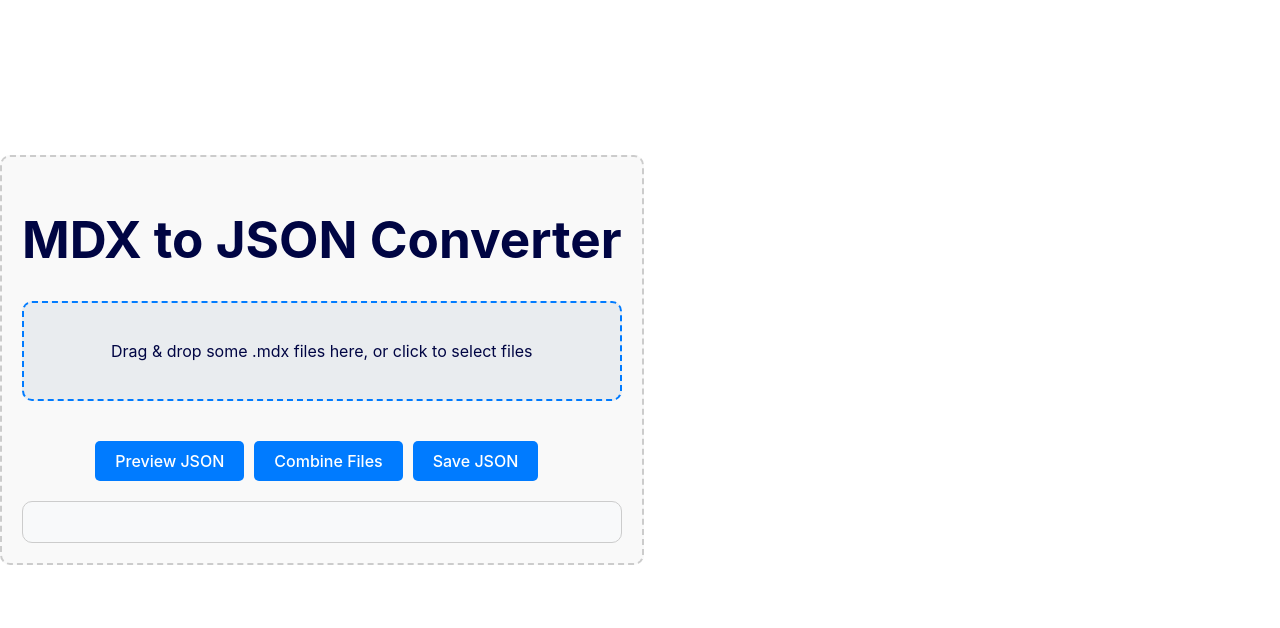
Repository: LayerDynamics/mdx-to-json
Page: /
The author's editor kept a copy of each file at every save. The page is drawn from the files as they stood at one save, then again after the next save.
The browser window is 1280 px wide. The pictures show the whole page.
The project was rebuilt for these pictures with package versions that can differ from the ones it lists, and the page was loaded fresh each time. Also part of the build but not shown: vite.config.ts.

Above is the page before, as saved 2024-08-20 08:08:14.

### src/App.tsx
// src/App.tsx
import React, { useState, useCallback } from 'react';
import { useDropzone } from 'react-dropzone';
import { parseMDX, createKnowledgeBaseEntry } from './utils/mdxUtils';
import { Container, UploadButton, DropzoneArea, PreviewContainer } from './styles';


interface KnowledgeBaseEntry {
    title: string;
    tags: string[];
    category: string;
    content: string;
    updatedAt: string;
}

const App: React.FC = () => {
    const [mdxFiles, setMdxFiles] = useState<File[]>([]);
    const [jsonEntries, setJsonEntries] = useState<KnowledgeBaseEntry[]>([]);
    const [combinedJson, setCombinedJson] = useState<KnowledgeBaseEntry | null>(null);

    const onDrop = useCallback((acceptedFiles: File[]) => {
        setMdxFiles([...mdxFiles, ...acceptedFiles]);
    }, [mdxFiles]);

    const { getRootProps, getInputProps } = useDropzone({ onDrop, accept: '.mdx' });

    const handlePreview = async () => {
        const entries: KnowledgeBaseEntry[] = [];

        for (const file of mdxFiles) {
            const content = await file.text();
            const parsed = await parseMDX(content);
            const entry = createKnowledgeBaseEntry(parsed.metadata, parsed.content);
            entries.push(entry);
        }

        setJsonEntries(entries);
    };

    const handleCombine = () => {
        const combined = jsonEntries.reduce(
            (acc, curr) => ({
                ...acc,
                title: acc.title + ' & ' + curr.title,
                tags: [...new Set([...acc.tags, ...curr.tags])],
                category: acc.category + ' & ' + curr.category,
                content: acc.content + '\n' + curr.content,
                updatedAt: new Date().toISOString(),
            }),
            { title: '', tags: [], category: '', content: '', updatedAt: '' }
        );

        setCombinedJson(combined);
    };

    const handleSave = () => {
        const blob = new Blob([JSON.stringify(combinedJson || jsonEntries, null, 2)], { type: 'application/json' });
        const url = URL.createObjectURL(blob);
        const link = document.createElement('a');
        link.href = url;
        link.download = 'knowledge_base.json';
        link.click();
        URL.revokeObjectURL(url);
    };

    return (
        <Container>
            <h1>MDX to JSON Converter</h1>
            <DropzoneArea {...getRootProps()}>
                <input {...getInputProps()} />
                <p>Drag & drop some .mdx files here, or click to select files</p>
            </DropzoneArea>
            <UploadButton onClick={handlePreview}>Preview JSON</UploadButton>
            <UploadButton onClick={handleCombine} disabled={jsonEntries.length < 2}>
                Combine Files
            </UploadButton>
            <UploadButton onClick={handleSave} disabled={jsonEntries.length === 0 && !combinedJson}>
                Save JSON
            </UploadButton>

            <PreviewContainer>
                {combinedJson
                    ? JSON.stringify(combinedJson, null, 2)
                    : jsonEntries.map((entry, index) => (
                          <div key={index}>
                              <h3>{entry.title}</h3>
                              <pre>{JSON.stringify(entry, null, 2)}</pre>
                              <hr />
                          </div>
                      ))}
            </PreviewContainer>
        </Container>
    );
};

export default App;

### src/utils/mdxUtils.ts
// src/utils/mdxUtils.ts
import { unified } from 'unified';
import rehypeParse from 'rehype-parse';
import rehypeRemark from 'rehype-remark';
import remarkParse from 'remark-parse';
import remarkStringify from 'remark-stringify';
import { compile } from '@mdx-js/mdx';
import matter from 'gray-matter';
import { Buffer } from 'buffer';

globalThis.Buffer = Buffer;

export async function parseMDX(mdxContent: string) {
    const { content, data } = matter(mdxContent);

    const jsx = await compile(content);
    return { content: String(jsx), metadata: data };
}

export function convertToPlainText(jsxContent: string) {
    return unified()
        .use(rehypeParse, { fragment: true })
        .use(rehypeRemark)
        .use(remarkParse)
        .use(remarkStringify)
        .processSync(jsxContent).toString();
}

export function createKnowledgeBaseEntry(metadata: any, content: string) {
    return {
        title: metadata.title || 'Untitled',
        tags: metadata.tags || [],
        category: metadata.category || 'General',
        content: convertToPlainText(content),
        updatedAt: metadata.date || new Date().toISOString(),
    };
}

### src/styles.ts
// src/styles.ts
import styled from 'styled-components';

export const Container = styled.div`
    max-width: 800px;
    margin: 0 auto;
    padding: 20px;
    text-align: center;
    border: 2px dashed #ccc;
    border-radius: 10px;
    background-color: #f9f9f9;
    color: #000543
`;

export const UploadButton = styled.button`
    padding: 10px 20px;
    margin-top: 20px;
    margin-right: 10px;
    background-color: #007bff;
    color: white;
    border: none;
    border-radius: 5px;
    cursor: pointer;

    &:hover {
        background-color: #0056b3;
    }
`;

export const DropzoneArea = styled.div`
    padding: 20px;
    border: 2px dashed #007bff;
    border-radius: 10px;
    background-color: #e9ecef;
    margin-bottom: 20px;
    cursor: pointer;

    &:hover {
        background-color: #dee2e6;
    }
`;

export const PreviewContainer = styled.div`
    margin-top: 20px;
    text-align: left;
    white-space: pre-wrap;
    background-color: #f8f9fa;
    padding: 20px;
    border-radius: 10px;
    border: 1px solid #ccc;
`;

### src/components/FileList.tsx
// src/components/FileList.tsx
import React from 'react';

interface FileListProps {
    files: File[];
    onDelete: (index: number) => void;
}

const FileList: React.FC<FileListProps> = ({ files, onDelete }) => {
    return (
        <div>
            <h3>Uploaded Files</h3>
            <ul>
                {files.map((file, index) => (
                    <li key={index}>
                        {file.name}
                        <button onClick={() => onDelete(index)}>Delete</button>
                    </li>
                ))}
            </ul>
        </div>
    );
};

export default FileList;

### src/components/FormatButton.tsx
// src/components/FormatButton.tsx
import React from 'react';

interface FormatButtonProps {
    jsonEntries: any;
    onFormat: (formattedEntries: any) => void;
}

const FormatButton: React.FC<FormatButtonProps> = ({ jsonEntries, onFormat }) => {
    const handleFormat = () => {
        const formatted = jsonEntries.map((entry: any) =>
            JSON.parse(JSON.stringify(entry, null, 2))
        );
        onFormat(formatted);
    };

    return (
        <button onClick={handleFormat} disabled={!jsonEntries.length}>
            Format/Lint JSON
        </button>
    );
};

export default FormatButton;

Loaded but not shown: index.html (common file); src/main.tsx (common file); src/index.css (common file)

After the next save:
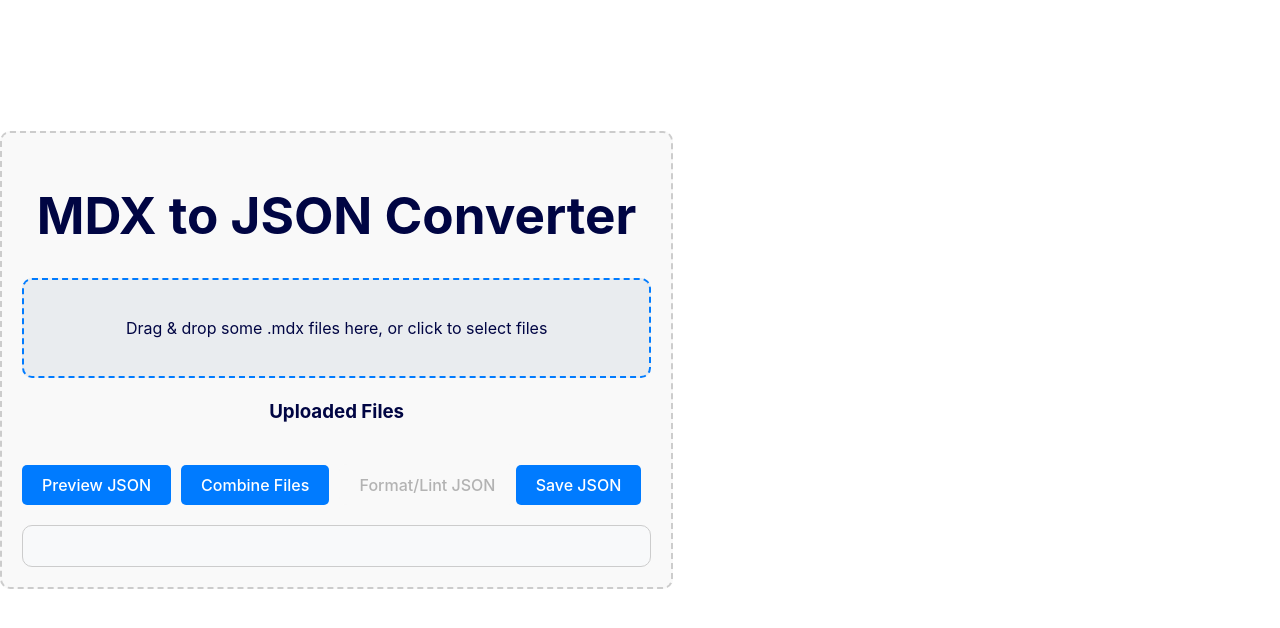
Saved 7 s later.
--- a/src/App.tsx
+++ b/src/App.tsx
@@ -3,7 +3,8 @@ import React, { useState, useCallback } from 'react';
 import { useDropzone } from 'react-dropzone';
 import { parseMDX, createKnowledgeBaseEntry } from './utils/mdxUtils';
 import { Container, UploadButton, DropzoneArea, PreviewContainer } from './styles';
-
+import FileList from './components/FileList';
+import FormatButton from './components/FormatButton';
 
 interface KnowledgeBaseEntry {
     title: string;
@@ -63,6 +64,16 @@ const App: React.FC = () => {
         URL.revokeObjectURL(url);
     };
 
+    const handleDeleteFile = (index: number) => {
+        const newFiles = [...mdxFiles];
+        newFiles.splice(index, 1);
+        setMdxFiles(newFiles);
+    };
+
+    const handleFormat = (formattedEntries: KnowledgeBaseEntry[]) => {
+        setJsonEntries(formattedEntries);
+    };
+
     return (
         <Container>
             <h1>MDX to JSON Converter</h1>
@@ -70,10 +81,14 @@ const App: React.FC = () => {
                 <input {...getInputProps()} />
                 <p>Drag & drop some .mdx files here, or click to select files</p>
             </DropzoneArea>
+
+            <FileList files={mdxFiles} onDelete={handleDeleteFile} />
+
             <UploadButton onClick={handlePreview}>Preview JSON</UploadButton>
             <UploadButton onClick={handleCombine} disabled={jsonEntries.length < 2}>
                 Combine Files
             </UploadButton>
+            <FormatButton jsonEntries={jsonEntries} onFormat={handleFormat} />
             <UploadButton onClick={handleSave} disabled={jsonEntries.length === 0 && !combinedJson}>
                 Save JSON
             </UploadButton>
